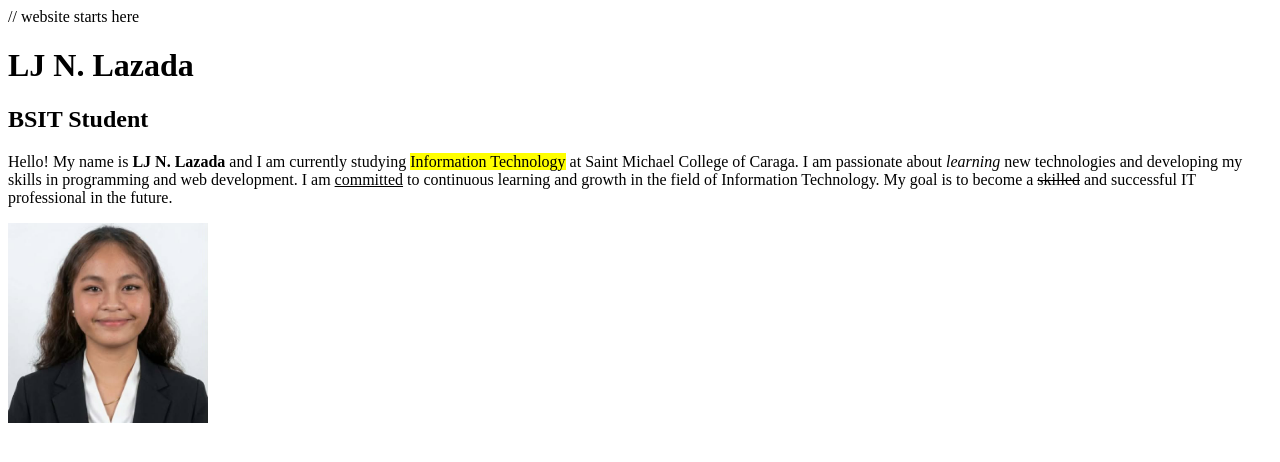
Repository: ljlazada11/myfirsthtml
Page: index.html
An editor plug-in stored every save of this project. The page is shown before and after the next save, followed by the edit.
The browser window is 1280 px wide. The pictures show the whole page.

Above is the page before, as saved 2026-06-24 19:10:56.

### index.html
<!DOCTYPE html>
<html lang="en">
<head>
    <meta charset="UTF-8">
    <meta name="viewport" content="width=device-width, initial-scale=1.0">
    <title>My Personal Web Profile</title>
    <link rel="icon" type="image/x-icon" href="images.png">
    // website starts here

</head>
<body>
    <h1>LJ N. Lazada</h1>
    <h2>BSIT Student</h2>
    <p>Hello! My name is <strong>LJ N. Lazada</strong> and I am currently studying <mark>Information Technology</mark> at Saint Michael College of Caraga. I am passionate about <i>learning</i> new technologies and developing my skills in programming and web development. I am <ins>committed</ins> to continuous learning and growth in the field of Information Technology. My goal is to become a <del>skilled</del> and successful IT professional in the future.</p>
    <img src="pic.jpg" alt="My	Profile	Picture" width="200">
</body>
</html>

After the next save:
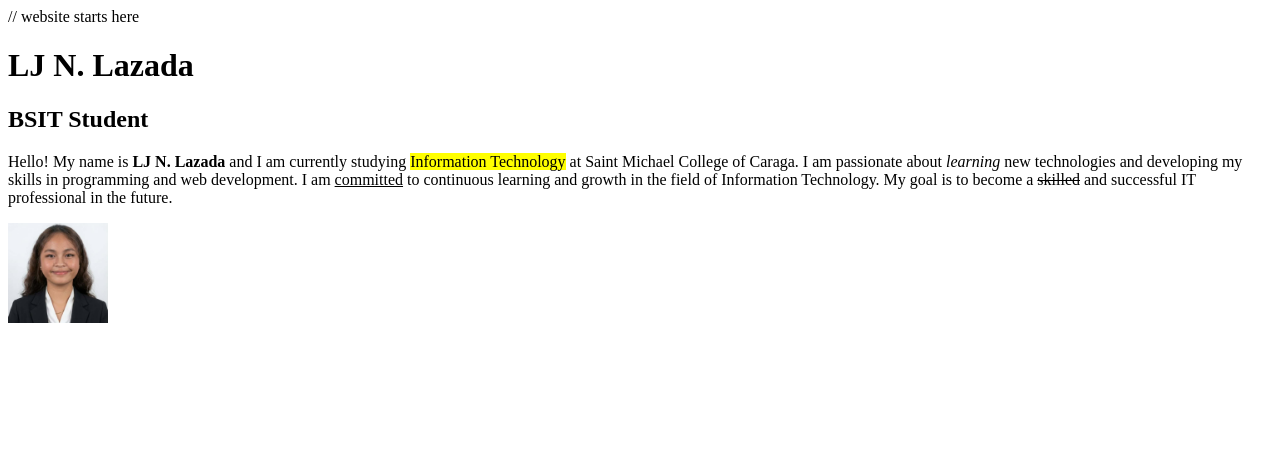
Saved 28 s later.
--- a/index.html
+++ b/index.html
@@ -12,6 +12,6 @@
     <h1>LJ N. Lazada</h1>
     <h2>BSIT Student</h2>
     <p>Hello! My name is <strong>LJ N. Lazada</strong> and I am currently studying <mark>Information Technology</mark> at Saint Michael College of Caraga. I am passionate about <i>learning</i> new technologies and developing my skills in programming and web development. I am <ins>committed</ins> to continuous learning and growth in the field of Information Technology. My goal is to become a <del>skilled</del> and successful IT professional in the future.</p>
-    <img src="pic.jpg" alt="My	Profile	Picture" width="200">
+    <img src="pic.jpg" alt="My	Profile	Picture" width="100">
 </body>
 </html>

After the save that followed:
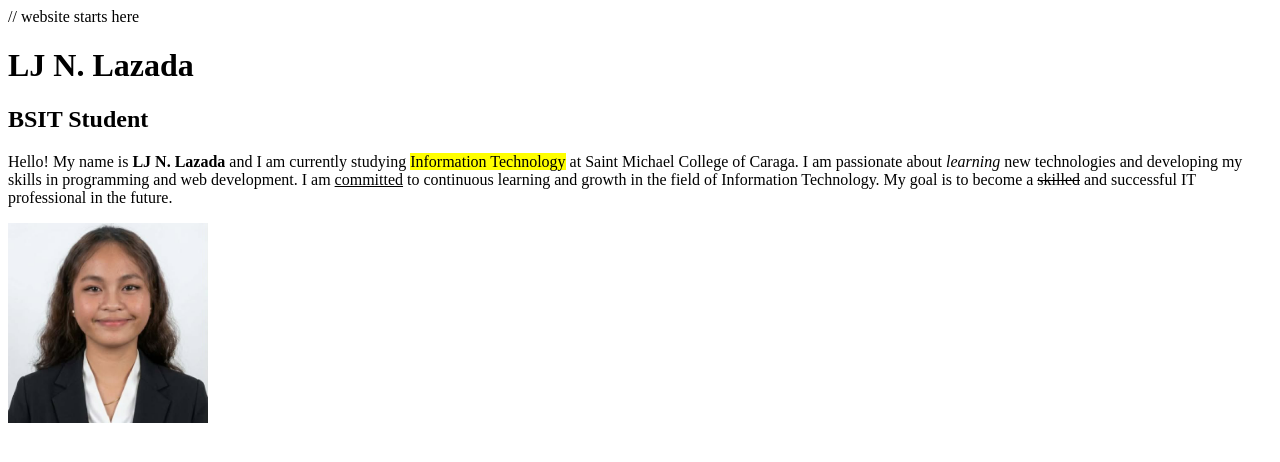
Saved 39 s later.
--- a/index.html
+++ b/index.html
@@ -12,6 +12,6 @@
     <h1>LJ N. Lazada</h1>
     <h2>BSIT Student</h2>
     <p>Hello! My name is <strong>LJ N. Lazada</strong> and I am currently studying <mark>Information Technology</mark> at Saint Michael College of Caraga. I am passionate about <i>learning</i> new technologies and developing my skills in programming and web development. I am <ins>committed</ins> to continuous learning and growth in the field of Information Technology. My goal is to become a <del>skilled</del> and successful IT professional in the future.</p>
-    <img src="pic.jpg" alt="My	Profile	Picture" width="100">
+    <img src="pic.jpg" alt="My	Profile	Picture" height="200">
 </body>
 </html>
